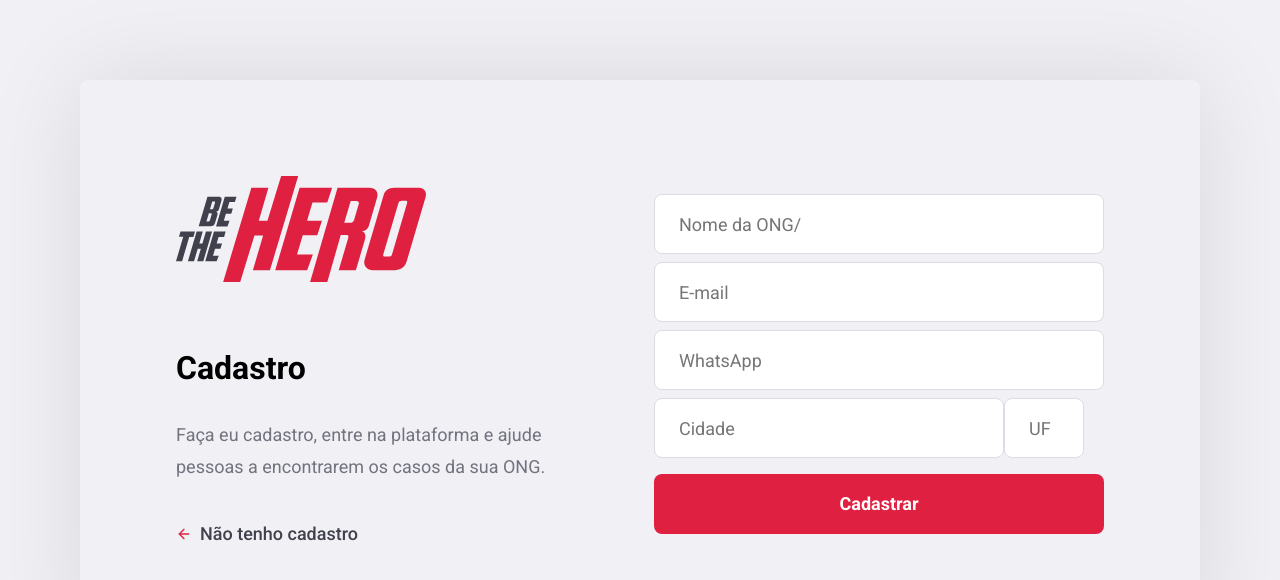
Repository: lucas-silva-dev/be-the-hero
Page: /register (app in frontend/)
The author's editor kept a copy of each file at every save. The page is drawn from the files as they stood at one save, then again after the next save.
The browser window is 1280 px wide. The pictures show the whole page.
The project was rebuilt for these pictures with package versions that can differ from the ones it lists, and the page was loaded fresh each time. Also part of the build but not shown: frontend/src/pages/Logon/styles.css, frontend/src/pages/Logon/index.js.

Above is the page before, as saved 2020-03-25 23:08:31.

### frontend/public/index.html
<!DOCTYPE html>
<html lang="en">

<head>
  <meta charset="utf-8" />
  <!-- <link rel="icon" href="%PUBLIC_URL%/favicon.ico" /> -->
  <meta name="viewport" content="width=device-width, initial-scale=1" />
  <meta name="theme-color" content="#000000" />

  <title>Be The Hero</title>
</head>

<body>
  <noscript>You need to enable JavaScript to run this app.</noscript>
  <div id="root"></div>

</body>

</html>

### frontend/src/global.css
@import url("https://fonts.googleapis.com/css?family=Roboto:400,500,700&display=swap");

* {
  margin: 0;
  padding: 0;
  outline: 0;
  box-sizing: border-box;
}

body {
  font: 400 14px Roboto, sans-serif;
  background: #f0f0f5;
  -webkit-font-smothing: antialiased;
}

input,
button,
textarea {
  font: 400 18px Roboto, sans-serif;
}

button {
  cursor: pointer;
}

form input {
  width: 100%;
  height: 60px;
  color: #333;
  border: 1px solid #dcdce6;
  border-radius: 8px;
  padding: 0 24px;
}

.button {
  width: 100%;
  height: 60px;
  background: #e02041;
  border: 0;
  border-radius: 8px;
  color: #fff;
  font-weight: 700;
  margin-top: 16px;
  display: inline-block;
  text-align: center;
  text-decoration: none;
  font-size: 18px;
  line-height: 60px;
  transition: filter 0.2s;
}

.button:hover {
  filter: brightness(80%);
}

.back-link {
  display: flex;
  align-items: center;
  margin-top: 40px;
  color: #41414d;
  font-size: 18px;
  text-decoration: none;
  font-weight: 500;
  transition: opacity 0.2s;
}

.back-link svg {
  margin-right: 8px;
}

.back-link:hover {
  opacity: 0.8;
}

### frontend/src/routes.js
import React from 'react';
import { BrowserRouter, Route, Switch } from 'react-router-dom';

import Logon from './pages/Logon';
import Register from './pages/Register';

export default function Routes() {
  return (
    <BrowserRouter>
      <Switch>
        <Route path="/" exact component={Logon} />
        <Route path="/register" component={Register} />
      </Switch>
    </BrowserRouter>
  );
}

### frontend/src/pages/Register/index.js
import React from 'react';
import { Link } from 'react-router-dom';
import { FiArrowLeft } from 'react-icons/fi';

import './styles.css';

import logoImg from '../../assets/logo.svg'

export default function Register() {
  return (
    <div className="register-container">
      <div className="content">
        <section>
          <img src={logoImg} alt="Be The Hero Logo" />

          <h1>Cadastro</h1>
          <p>Faça eu cadastro, entre na plataforma e ajude pessoas a encontrarem os casos da sua ONG.</p>

          <Link className="back-link" to="/register">
            <FiArrowLeft size={16} color="#E02041" />
            Não tenho cadastro
          </Link>

        </section>

        <form >
          <input placeholder="Nome da ONG/" />
          <input type="email" placeholder="E-mail" />
          <input placeholder="WhatsApp" />

          <div className="input-group">
            <input placeholder="Cidade" />
            <input placeholder="UF" style={{ width: 80 }} />
          </div>

          <button className="button" >
            Cadastrar
          </button>
        </form>
      </div>
    </div>
  );
}

### frontend/src/pages/Register/styles.css
.register-container {
  width: 100%;
  max-width: 1120px;
  height: 100vh;
  margin: 0 auto;

  display: flex;
  align-items: center;
  justify-content: center;
}

.register-container .content {
  width: 100%;
  padding: 96px;
  background: #f0f0f5;
  box-shadow: 0 0 100px rgba(0, 0, 0, 0.1);
  border-radius: 8px;

  display: flex;
  justify-content: space-between;
  align-items: center;
}

.register-container .content section {
  width: 100%;
  max-width: 380px;
}

.register-container .content section h1 {
  margin: 64px 0 32px;
  font-size: 32px;
}

.register-container .content section p {
  font-size: 18px;
  color: #737380;
  line-height: 32px;
}

.register-container .content form {
  width: 100%;
  max-width: 450px;
}

.register-container .content form input {
  margin-top: 8px;
}

.register-container .content form .input-group {
  display: grid;
  grid-template-columns: 7fr 2fr;
}

Loaded but not shown: frontend/src/index.js (common file); frontend/src/App.js (common file)

After the next save:
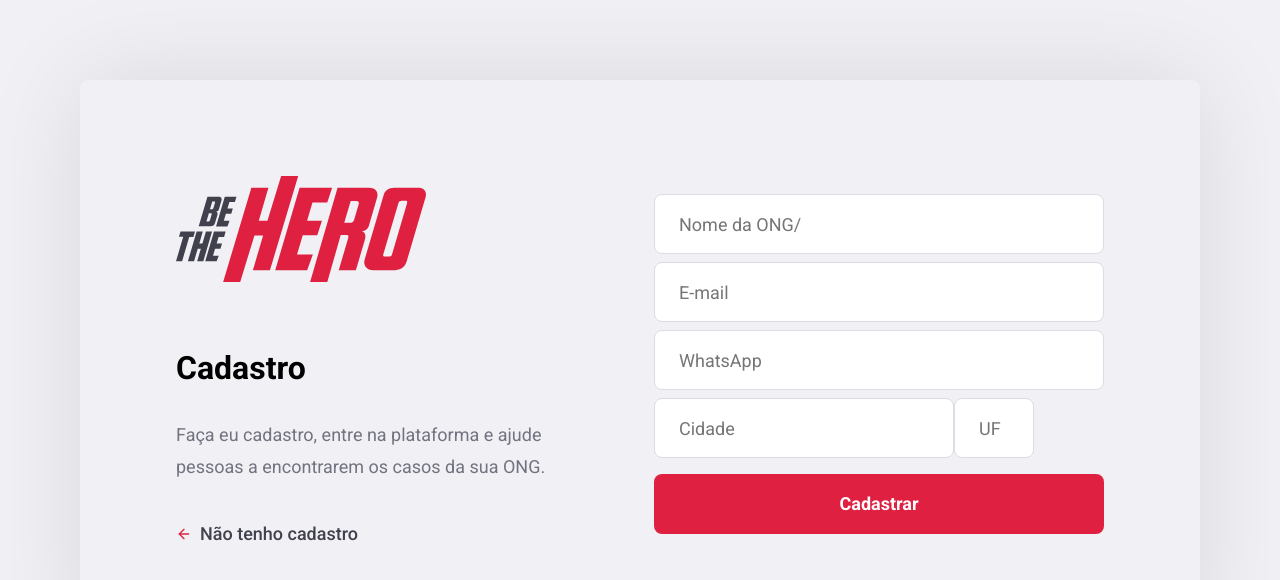
Saved 28 s later.
--- a/frontend/src/pages/Register/styles.css
+++ b/frontend/src/pages/Register/styles.css
@@ -48,5 +48,5 @@
 
 .register-container .content form .input-group {
   display: grid;
-  grid-template-columns: 7fr 2fr;
+  grid-template-columns: 2fr 1fr;
 }
